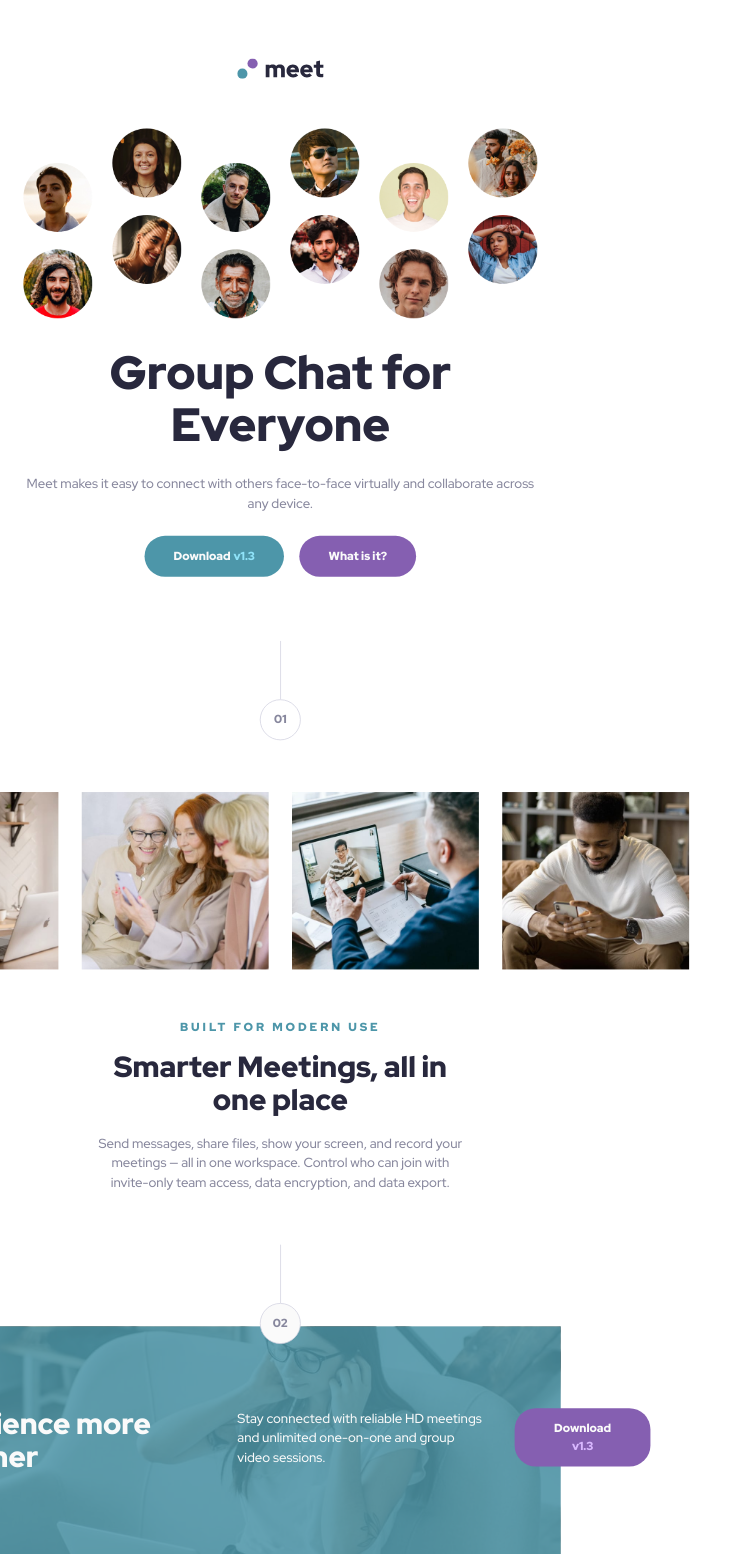
Repository: brandontaylor1/meet-landing-page
Page: index.html
The author's editor kept a copy of each file at every save. The page is drawn from the files as they stood at one save, then again after the next save.
The browser window is 768 px wide. The page is 1024 px wide, then 891 px, so the pictures cover 1024 px, including what lies to the right of the window. The pictures show the whole page, at 73% of full size.

Above is the page before, as saved 2025-01-13 20:04:26.

After the next save:
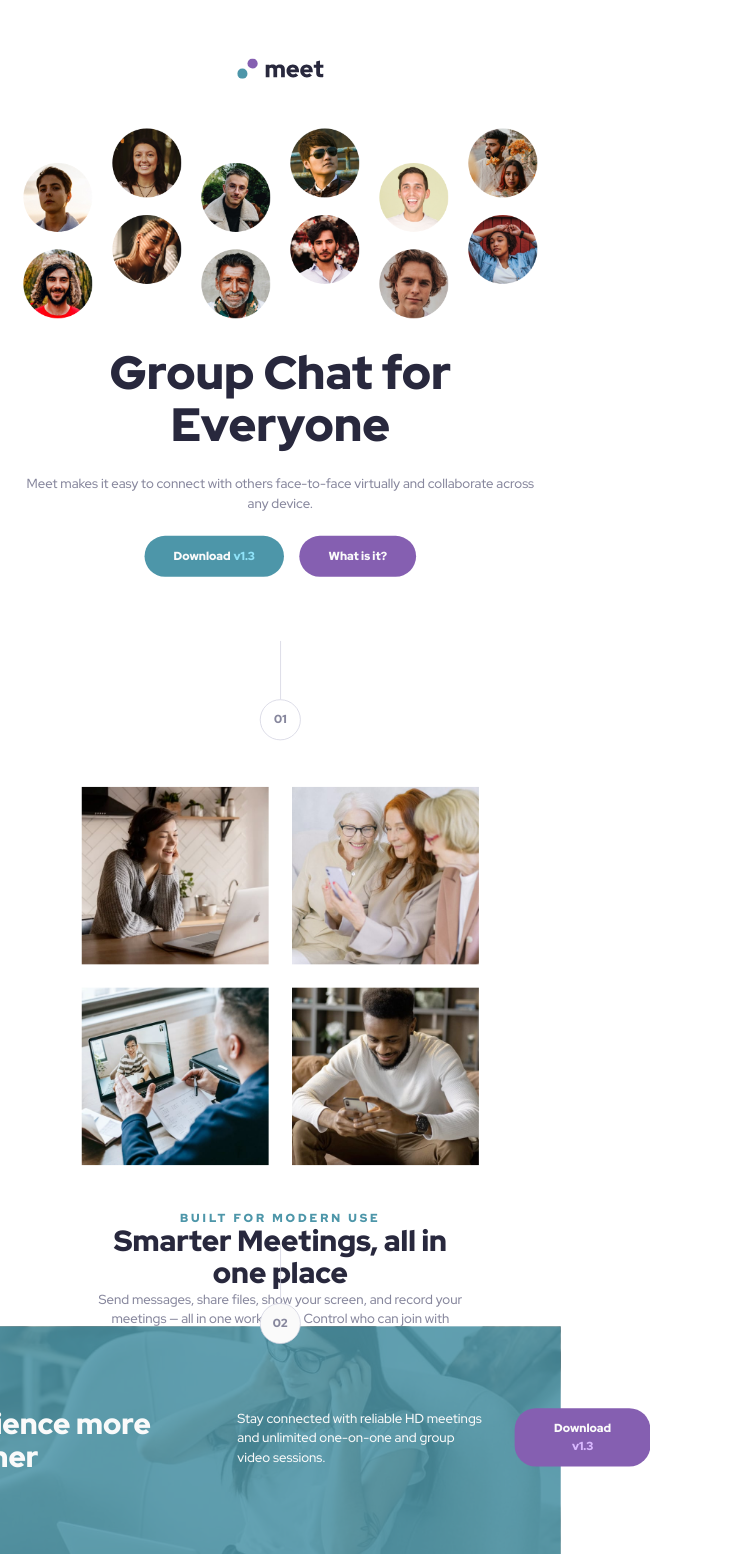
Saved 98 s later.
--- a/styles.css
+++ b/styles.css
@@ -373,6 +373,12 @@ body {
         font-size: 2rem;
     }
 
+    .image-container {
+        grid-template-columns: repeat(2, 1fr);
+        grid-template-rows: repeat(2, 1fr);
+        padding: 4rem 0;
+    }
+
     .responsive-image {
         display: block;
         content: url('./assets/images/tablet/image-hero.png');
